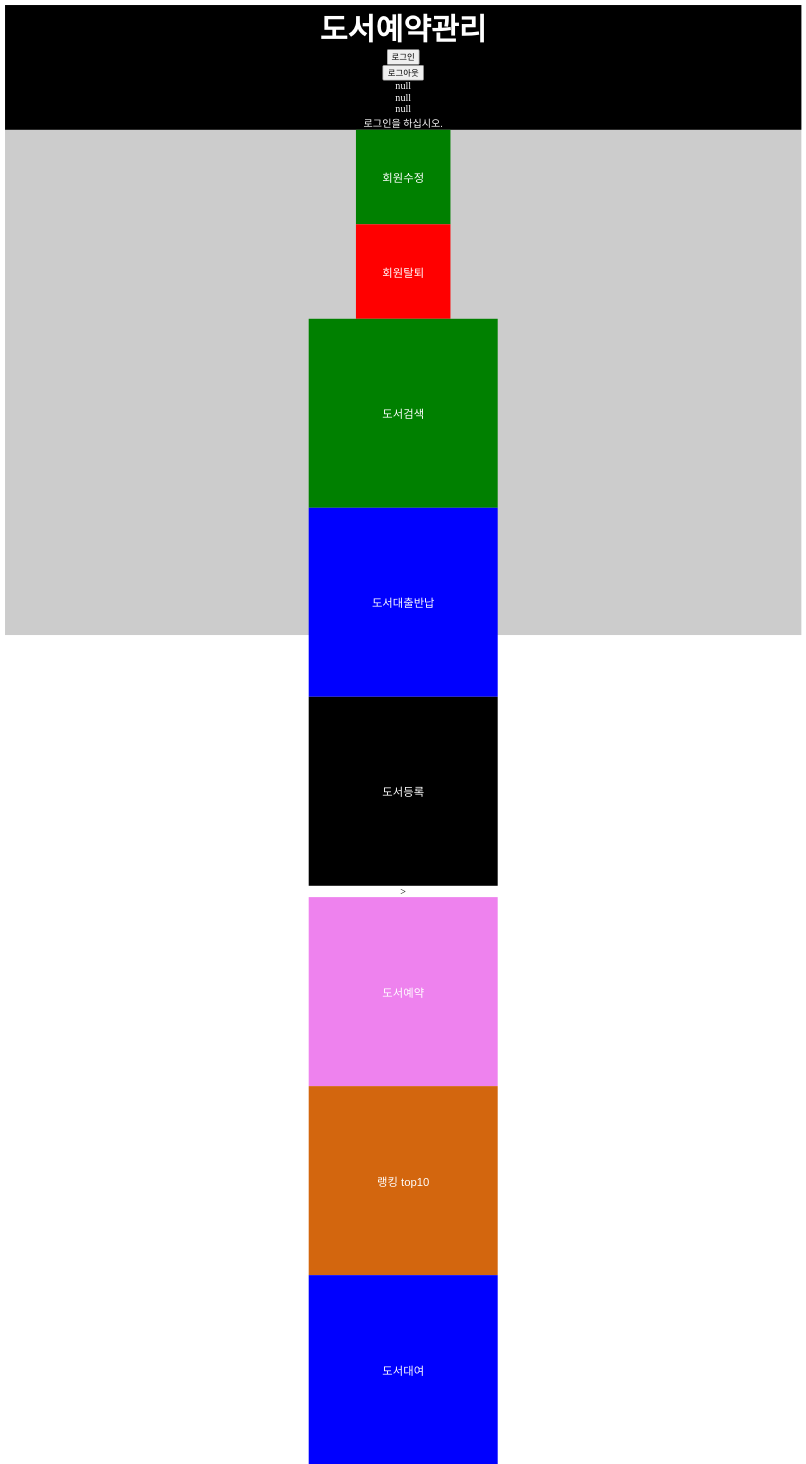
Repository: hii9505/DB_engineering_education
Page: http://localhost/TestIsp/Homepage.jsp
These files come from the project's save history. The page is drawn as it stood at one moment and after the next save; the edit follows.
The browser window is 1280 px wide. The pictures show the whole page, at 63% of full size.
The page is served by Tomcat 9.

Above is the page before, as saved 2019-12-23 01:32:22.

After the next save:
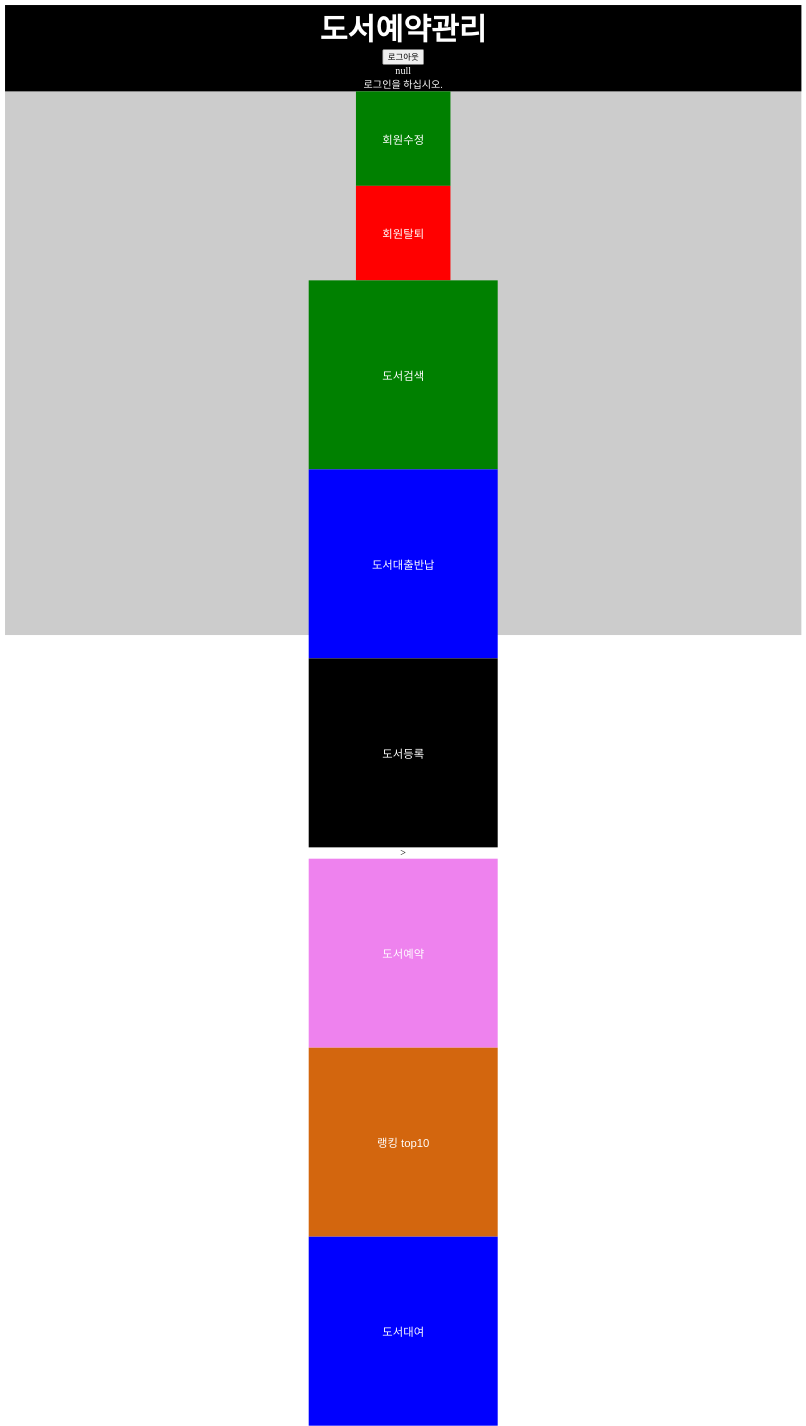
Saved 6 min 46 s later.
--- a/eclipse-workspace/TestISP/TestIsp/WebContent/Homepage.jsp
+++ b/eclipse-workspace/TestISP/TestIsp/WebContent/Homepage.jsp
@@ -88,14 +88,11 @@
                 <center>
                     <div id = "container">
                         <div id="title"><font size="10" color="white"><strong>도서예약관리</strong></font></br>
-                        <form method="post" action="Login.jsp">
-                        <input type="submit" value="로그인">
-                        </form>
+
                         <form method="post" action="logout.jsp">
                         <input type="submit" value="로그아웃"></br>
                         </form>
-                        <div><font color="white"><%=(String)session.getAttribute("id") %></font></div>
-                        <div><font color="white"><%=(String)session.getAttribute("pw") %></font></div>
+
                         <div><font color="white"><%=(String)session.getAttribute("Memstat") %></font></div>
                         <div><font color="white"><%= (user == null) ? "로그인을 하십시오." : user.id %></font></div>
 
